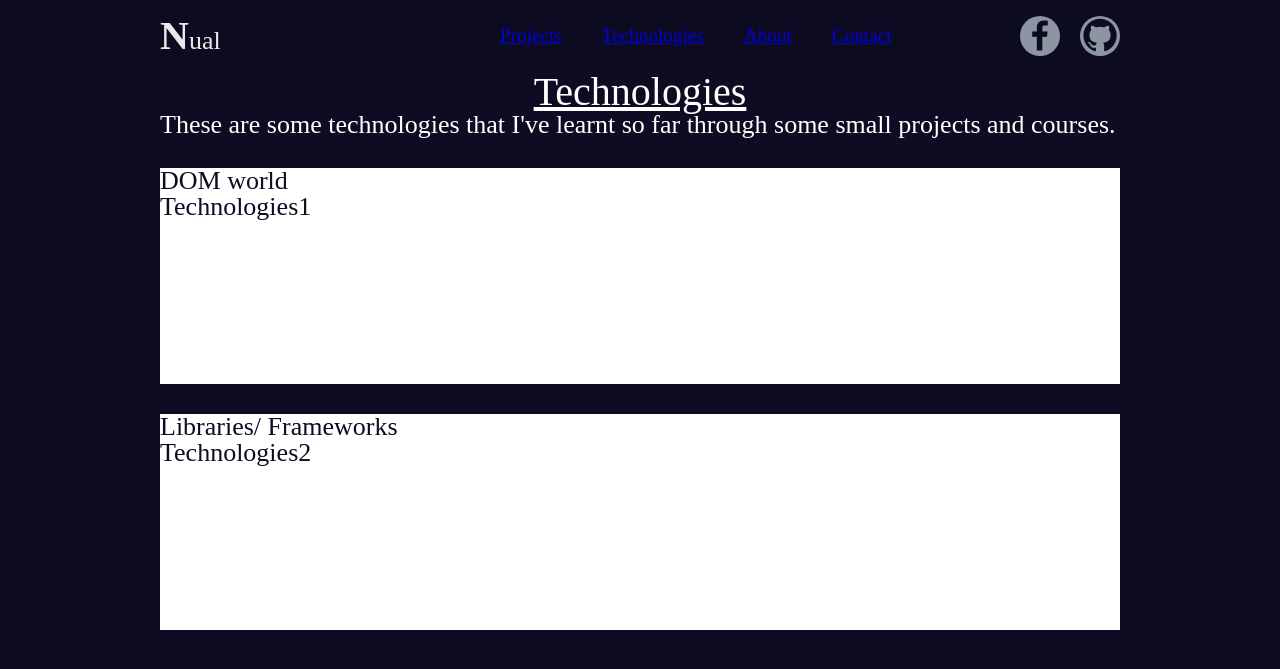
Repository: luanhoang0902/profile-react
Page: /Technologies
These files come from the project's save history. The page is drawn as it stood at one moment and after the next save; the edit follows.
The browser window is 1280 px wide. The pictures show the whole page.
The project was rebuilt for these pictures with package versions that can differ from the ones it lists, and the page was loaded fresh each time. Also part of the build but not shown: src/css/Projects.css, src/features/Projects.jsx, src/css/About.css, src/features/About.jsx, src/css/Contact.css, src/features/Contact.jsx.

Above is the page before, as saved 2022-05-21 13:08:39.

After the next save:
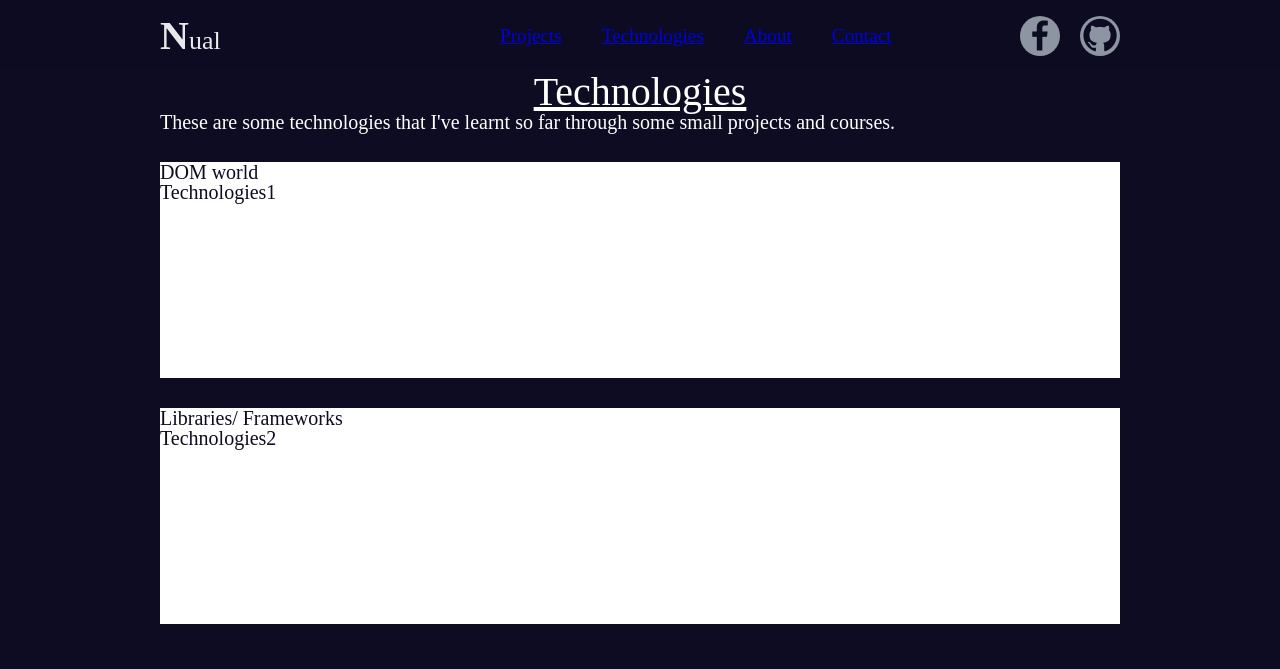
Saved 7 s later.
--- a/src/css/Technologies.css
+++ b/src/css/Technologies.css
@@ -7,7 +7,7 @@
     padding-top: 10vh;
 
     text-align: center;
-    font-size: 26px;
+    font-size: 20px;
 }
 .technologies u {
     font-size: 40px;
